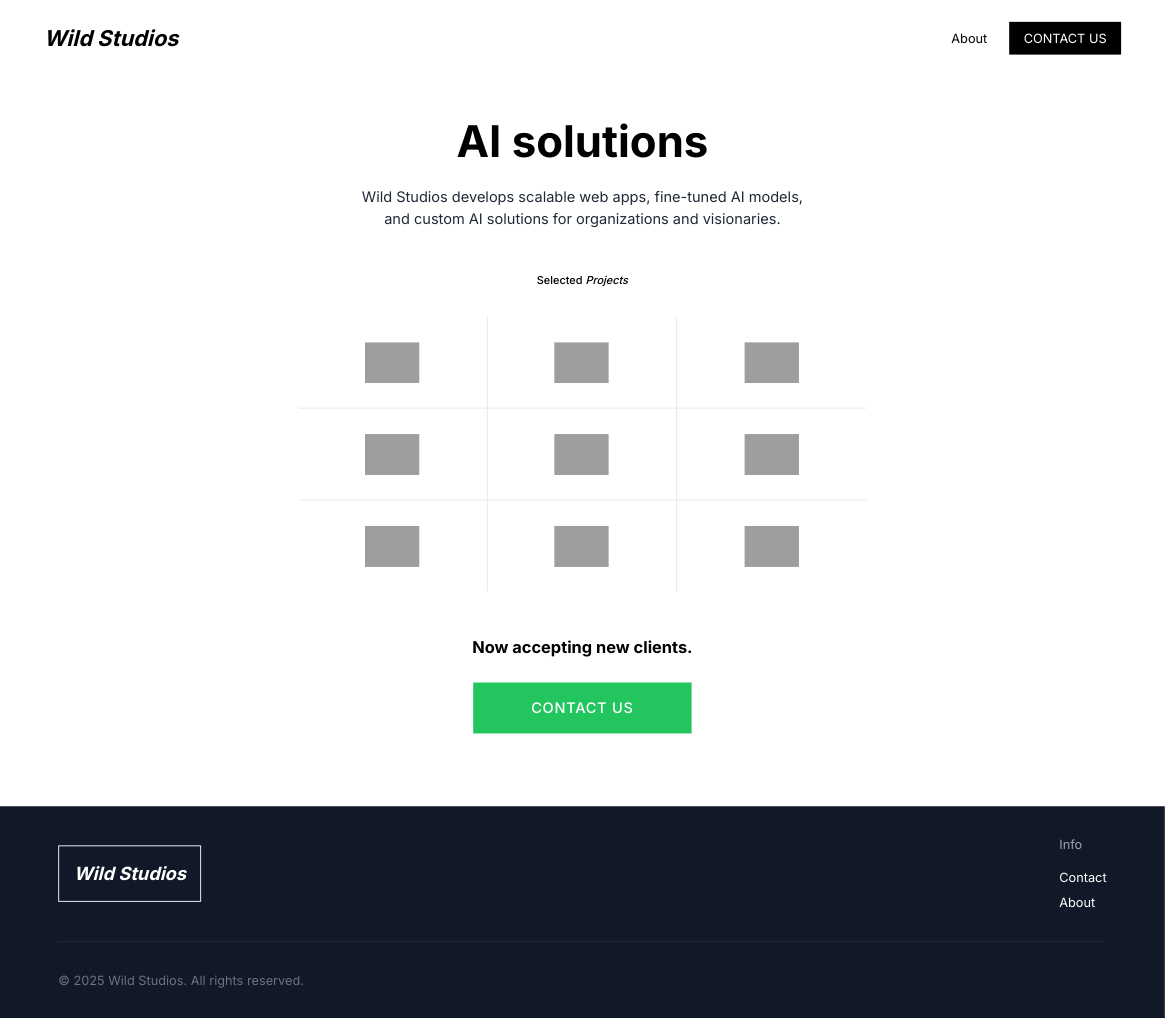
Repository: wpulier/wildstudio
Page: /
An editor plug-in stored every save of this project. The page is shown before and after the next save, followed by the edit.
The browser window is 1280 px wide. The pictures show the whole page, at 91% of full size.
Pictures or frames that could not be fetched are drawn as grey boxes. The project was rebuilt for these pictures with package versions that can differ from the ones it lists, and the page was loaded fresh each time. The framework's server and built-in components were replaced by stand-ins that run in the browser. Also part of the build but not shown: next.config.mjs.

Above is the page before, as saved 2025-03-01 14:18:12.

After the next save:
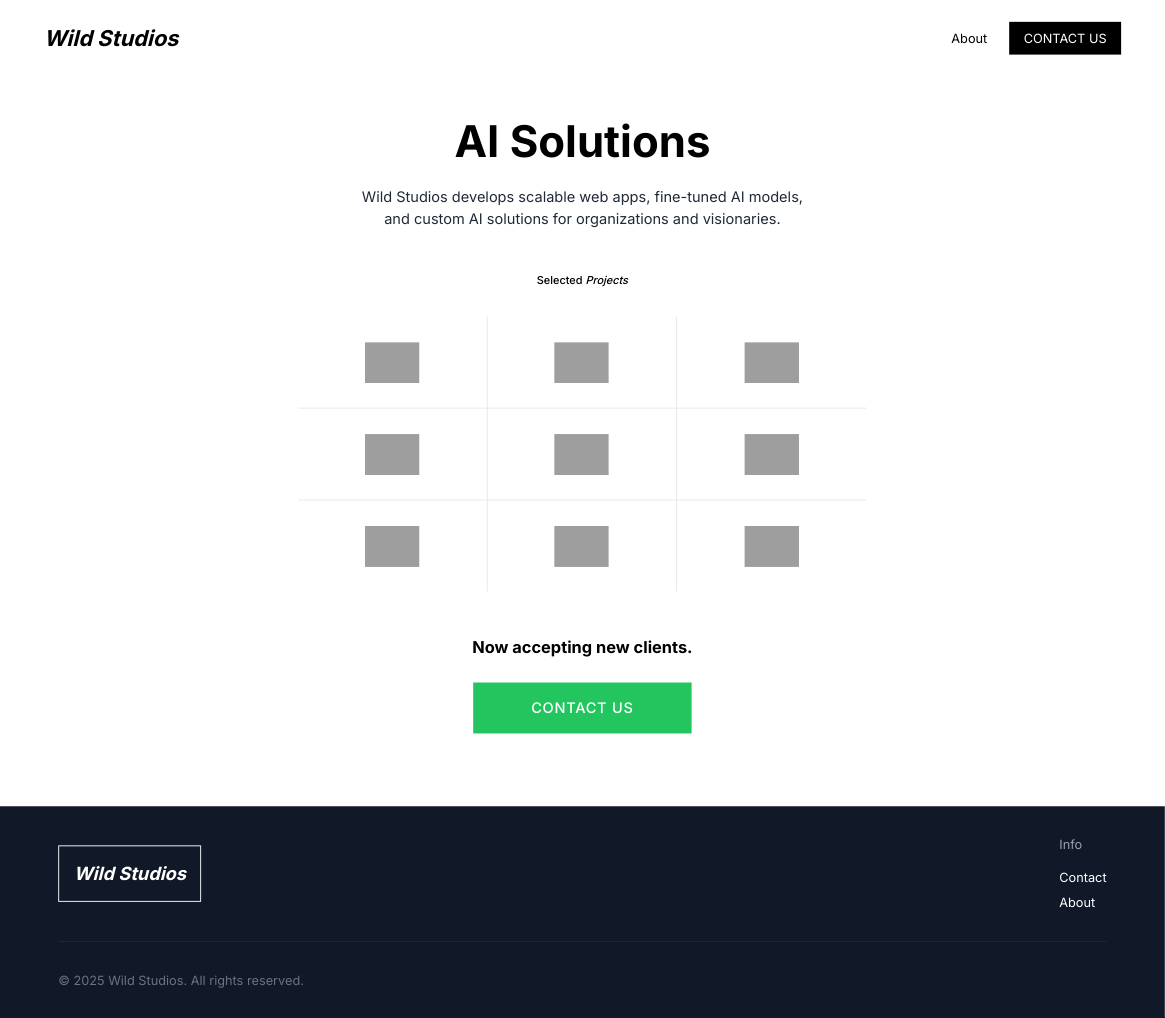
Saved 46 s later.
--- a/src/app/page.tsx
+++ b/src/app/page.tsx
@@ -7,7 +7,7 @@
       {/* Hero Section */}
       <section className="flex flex-col items-center justify-center text-center px-4 mt-8 md:mt-12">
         <h1 className="text-3xl md:text-5xl font-bold max-w-3xl">
-          AI solutions
+          AI Solutions
         </h1>
 
         <p className="mt-4 md:mt-6 max-w-2xl text-center text-sm md:text-base text-gray-800">
